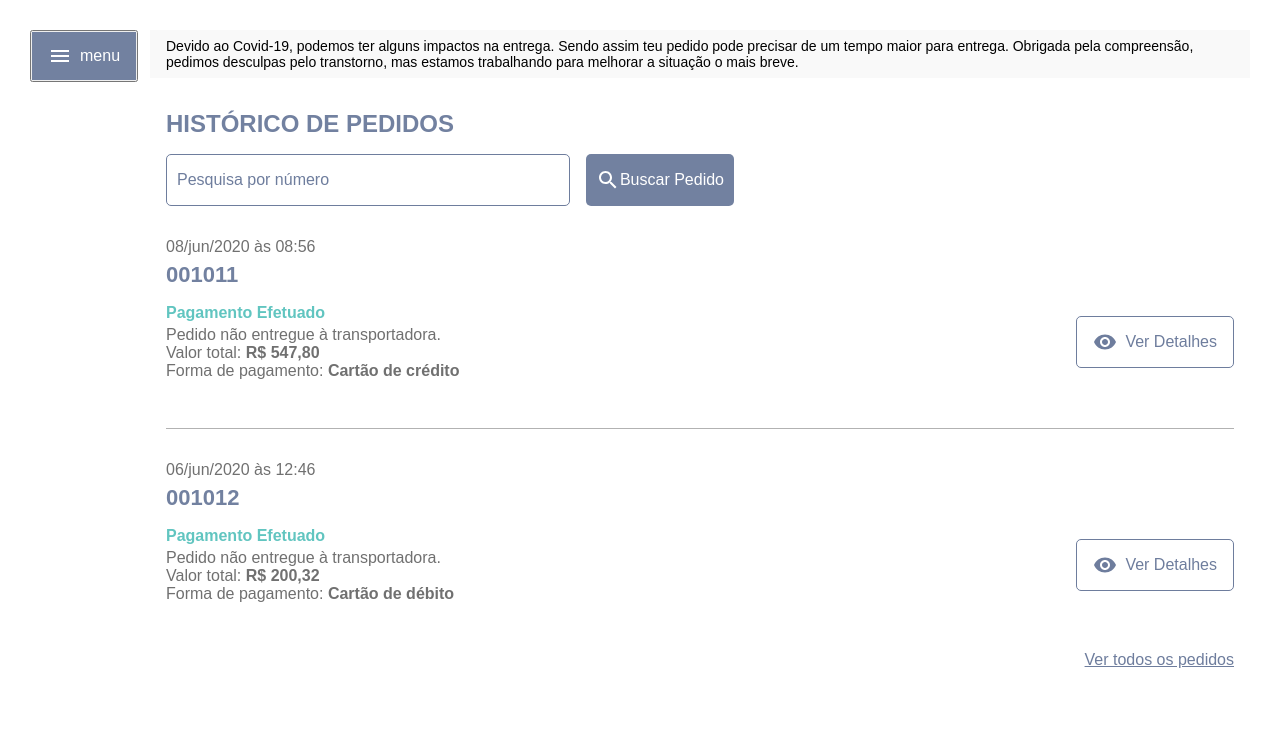
Repository: indiamarasiqueira/gestao-produto
Page: /
An editor plug-in stored every save of this project. The page is shown before and after the next save, followed by the edit.
The browser window is 1280 px wide. The pictures show the whole page.
The project was rebuilt for these pictures with package versions that can differ from the ones it lists, and the page was loaded fresh each time. Also part of the build but not shown: src/pages/generic/style.js, src/pages/generic/index.js, src/components/ModalMenu/index.js.

Above is the page before, as saved 2020-07-07 10:57:25.

### src/global.js
import { createGlobalStyle } from "styled-components";

const GlobalStyle = createGlobalStyle`
    * {
        margin: 0;
        padding: 0;
        outline: 0;
        box-sizing: border-box;
    }
   html, body, #root {
    margin: 0;
    padding: 0;
    font-family: 'Montserrat', sans-serif;
    -webkit-font-smoothing: antialiased;
    -moz-osx-font-smoothing: grayscale;
    background-color: #ffffff;
    }
`;
export default GlobalStyle;

### src/routes.js
import React from "react";
import { BrowserRouter, Switch, Route } from "react-router-dom";

import GenericPage from "./pages/generic";
// import AppMenu from "./components/AppMenu";
import OrderHistory from "./pages/orderHistory";
import AlertCovid from "./components/AlertCovid";

export default function Routes() {
  return (
    <BrowserRouter>
      <Switch>
        <Route path="*">
          {/* <AppMenu />
          <AlertCovid /> */}
          <Route path="/perfil" exact component={() => <GenericPage title="Meu Perfil" />} />
          <Route path="/localizacao" exact component={() => <GenericPage title="Meus endereços" />} />
          <Route path="/favoritos" exact component={() => <GenericPage title="Lista de favoritos" />} />
          <Route path={["/", "/pedidos"]} exact component={OrderHistory} />
        </Route>
      </Switch>
    </BrowserRouter>
  );
}

### src/pages/orderHistory/index.js
import React, { Fragment, useState } from "react";

import { OrderMenu } from "./style";

import AppMenu from '../../components/AppMenu'
import AlertCovid from "../../components/AlertCovid";
import HeaderTitle from "../../components/HeaderTitle";
import BoxSearch from "../../components/BoxSearch/index";
import Order from "../../components/Order/index";


const OrderHistory = () => {
  const [value, setValue] = useState("");
  const [query, setQuery] = useState("");
  const handleChange = (e) => setValue(e.target.value);

  const handleSubmit = (e) => {
    e.preventDefault();
    setQuery(value);
  };

  return (
    <OrderMenu>
      <div>
        <AppMenu />
      </div>
      <div>
        <AlertCovid />
        <HeaderTitle>HISTÓRICO DE PEDIDOS</HeaderTitle>
        <BoxSearch value={value} handleChange={handleChange} handleSubmit={handleSubmit} />
        <Order query={query} />
      </div>
    </OrderMenu>
  );
};
export default OrderHistory;

### src/components/AlertCovid/index.js
import React from "react";

import { Alert } from './style';

const AlertCovid = () => {
  return (
    <Alert>
      Devido ao Covid-19, podemos ter alguns impactos na entrega. Sendo assim teu pedido pode precisar de um tempo maior
      para entrega. Obrigada pela compreensão, pedimos desculpas pelo transtorno, mas estamos trabalhando para melhorar
      a situação o mais breve.
    </Alert>
  );
};
export default AlertCovid;

### src/components/HeaderTitle/index.js
import React from "react";

import { Title } from "./style";

const HeaderTitle = (props) => {
  return <Title>{props.children}</Title>;
};
export default HeaderTitle;

### src/pages/orderHistory/style.js
import styled from "styled-components";

export const OrderMenu = styled.div`
  display: grid;
  justify-content: center;
  grid-template-columns: 120px 2fr ;
  padding: 30px;
  box-sizing: border-box;
  height: 100%;

   @media all and ( max-width: 1250px) {
    display: flex;
    flex-direction: column;
    width: 100%;
    padding: 10px;
  }
`;

### src/components/AppMenu/index.js
import React, { useState } from "react";
import { useHistory } from "react-router-dom";

import MenuIcon from "@material-ui/icons/Menu";
import LockOpenIcon from "@material-ui/icons/LockOpen";
import HistoryIcon from "@material-ui/icons/History";
import RoomOutlinedIcon from "@material-ui/icons/RoomOutlined";
import FavoriteBorderIcon from "@material-ui/icons/FavoriteBorder";
import CloseIcon from "@material-ui/icons/Close";

import ModalMenu from '../ModalMenu/index';

import {
  MenuMain,
  Button,
  BoxIcon,
  MainMenu,
  UserInfo,
  UserInfoName,
  UserInfoEmail,
  MenuList,
  MenuListItem,
  MenuIconImage
} from "./style";

const AppMenu = () => {
  const history = useHistory();
  const [show, showModal] = useState(false);
  const navigate = (route) => {
    history.push(route);
    showModal(false);
  }

  return (
    <MenuMain>
      <Button onClick={() => showModal(!show)}>
        <BoxIcon>{show ? <CloseIcon /> : <MenuIcon />}</BoxIcon>
        menu
      </Button>
      <ModalMenu show={show}>
        <MainMenu>
          <UserInfo>
            <UserInfoName>Caroline Melinda W Effting</UserInfoName>
            <UserInfoEmail>effting.caroline@gmail.com</UserInfoEmail>
          </UserInfo>
          <MenuList>
            <MenuListItem onClick={() => navigate("/perfil")}>
              <MenuIconImage>
                <LockOpenIcon />
              </MenuIconImage>
              <span className="menu-label">meu perfil</span>
            </MenuListItem>
            <MenuListItem onClick={() => navigate("/pedidos")}>
              <MenuIconImage>
                <HistoryIcon />
              </MenuIconImage>
              <span className="menu-label">histórico de pedidos</span>
            </MenuListItem>
            <MenuListItem onClick={() => navigate("/localizacao")}>
              <MenuIconImage>
                <RoomOutlinedIcon />
              </MenuIconImage>
              <span className="menu-label">meus endereços</span>
            </MenuListItem>
            <MenuListItem onClick={() => navigate("/favoritos")}>
              <MenuIconImage>
                <FavoriteBorderIcon />
              </MenuIconImage>
              <span className="menu-label">lista de favoritos</span>
            </MenuListItem>
          </MenuList>
        </MainMenu>
      </ModalMenu>
    </MenuMain>
  );
};
export default AppMenu;

### src/components/BoxSearch/index.js
import React from "react";

import { Box, InputText, ButtonSearch } from "./style";
import SearchIcon from "@material-ui/icons/Search";

const BoxSearch = (props) => {
  return (
    <Box onSubmit={props.handleSubmit}>
      <InputText
        type="number"
        placeholder="Pesquisa por número"
        value={props.value}
        onChange={props.handleChange}
      />
      <ButtonSearch type="submit">
        <SearchIcon />
        <span className="search-text">Buscar Pedido</span>
      </ButtonSearch>
    </Box>
  );
};
export default BoxSearch;

### src/components/Order/index.js
import React, { useState } from "react";

import VisibilityIcon from "@material-ui/icons/Visibility";
import orderData from '../../db.json'

import {
  Empty,
  OrderList,
  OrderListItem,
  OrderDate,
  OrderId,
  OrderBox,
  OrderInfo,
  OrderStatus,
  ButtonOutline,
  OrderAll,
} from "./style";

const findOrder = (detail, query) => {
  const list = orderData.data;

  if (query){
    const regex = new RegExp(query);

    return list.filter(item => regex.test(item.id))
  }

  return detail ? orderData.data : orderData.data.slice(0, 2);
}


const Order = ({query}) => {
  const [detail, setDetail] = useState(false);
  const list = findOrder(detail, query)

  if (!list.length) {
    return <Empty>nenhum pedido encontrado :(</Empty>
  }

  return (
    <OrderList>
      {list.map((item, key) => (
        <OrderListItem key={key}>
          <OrderDate>{item.date}</OrderDate>
          <OrderId>{item.id}</OrderId>
          <OrderBox>
            <OrderInfo>
              <OrderStatus>{item.title}</OrderStatus>
              <p>
                {item.description}
                <br />
                Valor total: <b>R$ {item.price} </b>
                <br />
                Forma de pagamento: <b>{item.payment}</b>
              </p>
            </OrderInfo>
            <ButtonOutline>
              <VisibilityIcon />
              Ver Detalhes
            </ButtonOutline>
          </OrderBox>
        </OrderListItem>
      ))}
      {!detail && <OrderAll onClick={setDetail}>Ver todos os pedidos</OrderAll>}
    </OrderList>
  );
};
export default Order;

### src/components/AlertCovid/style.js
import styled from "styled-components";


// Main Page
export const Alert = styled.div`
  background: #f9f9f9;
  padding: 8px 16px;
  font-size: 14px;
`;

### src/components/HeaderTitle/style.js
import styled from "styled-components";

export const Title = styled.h1`
  color: #7281a0;
  padding: 16px;
  margin-top: 16px;
  font-weight: bold;
  font-size: 24px;
`;

### src/components/AppMenu/style.js
import styled from "styled-components";

export const MenuMain = styled.button`


`;
export const Button = styled.button`
  display: flex;
  align-items: center;
  justify-content: start;
  padding: 12px 16px;
  border: none;
  background: #7281A0;
  width: 100%;
  color: #ffffff;
  font-size: 16px;
  transition: all 0.2s ease-out;
  height: 48px;

  :hover{
    color: #7281A0;
    background: #F4F4F4;
  }
`;
export const BoxIcon = styled.div`
  display: inline-block;
  margin-right: 8px;
  height: 24px;
`;
export const MainMenu = styled.div`
  color: #717171;
  padding: 0 16px;
  border-bottom: 1px solid rgba(0, 0, 0, 0.3);
  position: fixed;
  top: 48px;
  left: 0;
  right: 0;
  bottom: 0;
  background: #fff;
`;

// User
export const UserInfo = styled.div`
  padding: 16px 0;
`;
export const UserInfoName = styled.p`
  margin-bottom: 8px;
`;
export const UserInfoEmail = styled.p``;
// Menu
export const MenuList = styled.nav``;

export const MenuListItem = styled.a`
  display: flex;
  align-items: center;
  padding: 16px 0;
  border-top: 1px solid rgba(0, 0, 0, 0.3);

  :hover{
    color: #707070;
    background: #F4F4F4;
  }
`;
export const MenuIconImage = styled.i`
  padding-left: 4px;
  padding-right: 16px;
`;

### src/components/BoxSearch/style.js
import styled from "styled-components";

export const Box = styled.form`
  padding: 0 16px;
  display: flex;
  align-items: center;
  justify-content: space-between;
  max-width: 600px;

`;
export const InputText = styled.input`
  flex: 1;
  color: #7281a0;
  height: 52px;
  border-radius: 5px;
  border: 1px solid #6e7d9d;
  font-size: 16px;
  padding-left: 10px;

  ::placeholder {
    color: #6e7d9d;
  }
`;
export const ButtonSearch = styled.button`
  background: #7281a0;
  border-radius: 5px;
  height: 52px;
  border: none;
  margin-left: 16px;
  padding: 10px;
  color: #ffffff;
  font-size: 16px;
  display: flex;
  align-items: center;
  justify-content: center;

  @media all and (max-width: 600px){
    .search-text{
      display: none;
    }
  }
`;

### src/db.json
{
  "data": [
    {
      "id": "001011",
      "date": "08/jun/2020 às 08:56",
      "title": "Pagamento Efetuado",
      "description": "Pedido não entregue à transportadora.",
      "price": "547,80",
      "payment": "Cartão de crédito"

    },
    {
      "id": "001012",
      "date": "06/jun/2020 às 12:46",
      "title": "Pagamento Efetuado",
      "description": "Pedido não entregue à transportadora.",
      "price": "200,32",
      "payment": "Cartão de débito"
    },
    {
      "id": "001013",
      "date": "04/jun/2020 às 09:30",
      "title": "Pagamento Efetuado",
      "description": "Pedido não entregue à transportadora.",
      "price": "150,60",
      "payment": "Cartão de crédito"
    },
    {
      "id": "001014",
      "date": "29/mai/2020 às 17:30",
      "title": "Pagamento Efetuado",
      "description": "Pedido não entregue à transportadora.",
      "price": "83,58",
      "payment": "Cartão de débito"
    }
  ]

}

### src/components/Order/style.js
import styled from "styled-components";

export const Empty = styled.div`
  padding: 16px;
  color: #ccc;
  text-align: center;
`;
export const OrderList = styled.div`
  padding: 0 16px;
`;
export const OrderListItem = styled.div`
  padding: 32px 0;
  border-top: 1px solid rgba(0, 0, 0, 0.3);

  &:first-of-type {
    border-top-width: 0;
  }


`;
export const OrderDate = styled.p`
  color: #707070;
  font-size: 16px;
`;
export const OrderId = styled.p`
  padding-top: 6px;
  color: #7281a0;
  font-size: 22px;
  font-weight: bold;
`;
export const OrderBox = styled.div`

  @media all and (min-width: 600px){
    display: flex;
    align-items: center;
  }
`;
export const OrderInfo = styled.div`
  flex: 1;
  margin: 16px 0;
  color: #707070;

`;
export const OrderStatus = styled.p`
  color: #61c5c0;
  margin-bottom: 4px;
  font-weight: bold;
`;
export const ButtonOutline = styled.div`
  border-radius: 5px;
  border: 1px solid #6e7d9d;
  height: 52px;
  display: flex;
  align-items: center;
  justify-content: center;
  color: #6e7d9d;
  padding: 8px 16px;

  svg {
    margin-right: 8px;
  }
`;
export const OrderAll = styled.button`
  color: #6E7D9D;
  margin-bottom: 32px;
  background: none;
  border: none;
  text-decoration: underline;
  width: 100%;
  display: flex;
  align-items: center;
  justify-content: flex-end;
  font-size: 16px;
`;

Loaded but not shown: public/index.html (common file); src/index.js (common file)

After the next save:
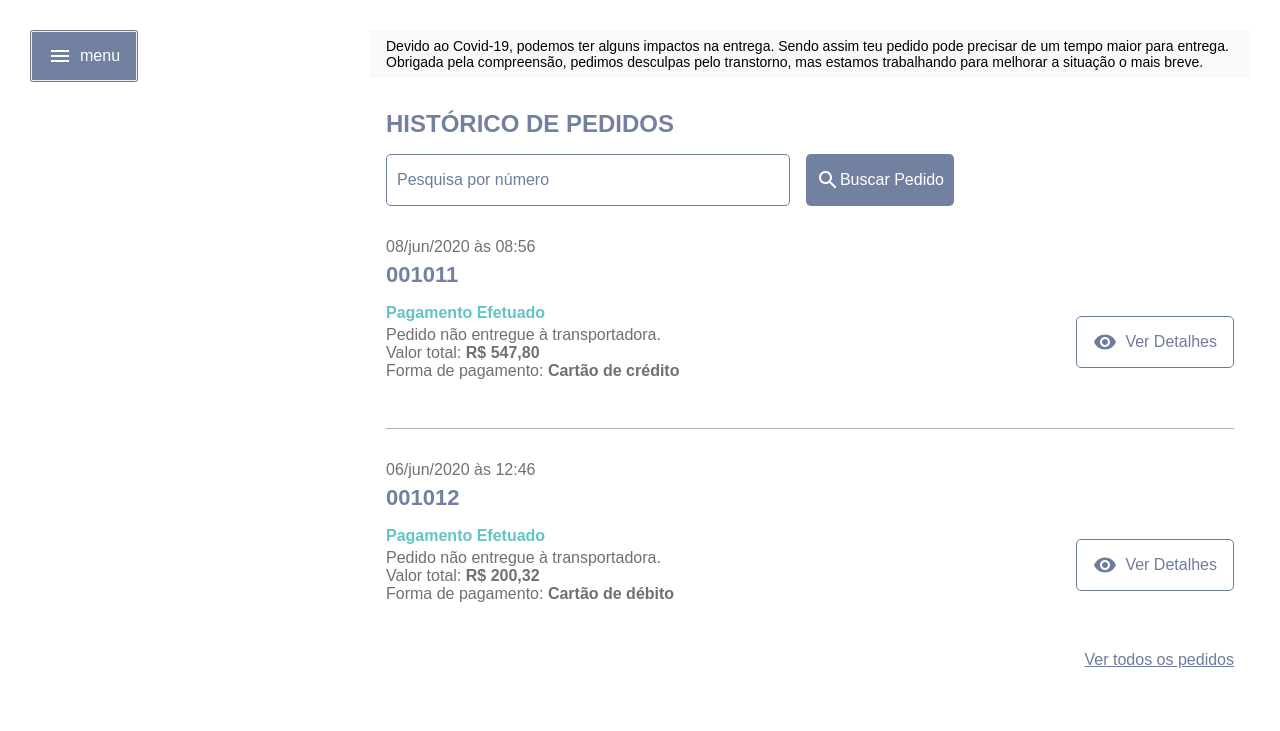
Saved 49 s later.
--- a/src/pages/orderHistory/style.js
+++ b/src/pages/orderHistory/style.js
@@ -3,7 +3,7 @@ import styled from "styled-components";
 export const OrderMenu = styled.div`
   display: grid;
   justify-content: center;
-  grid-template-columns: 120px 2fr ;
+  grid-template-columns: 340px 2fr ;
   padding: 30px;
   box-sizing: border-box;
   height: 100%;
